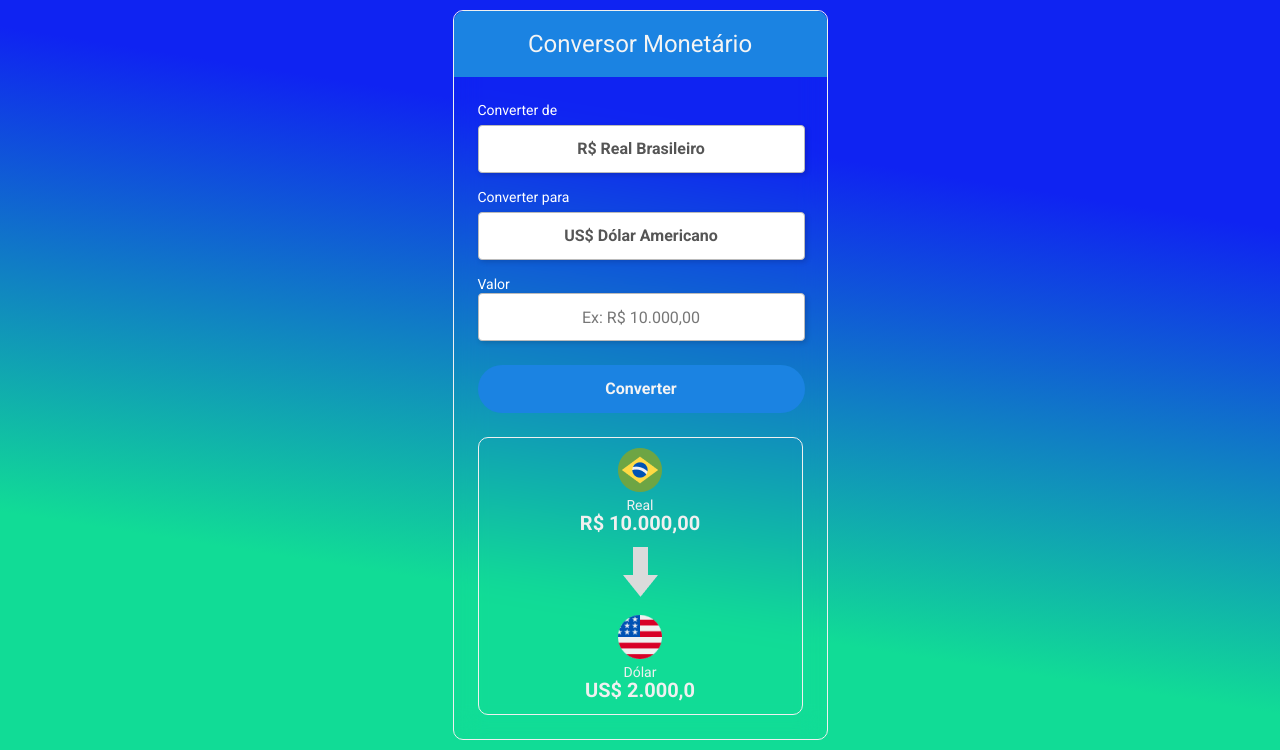
Repository: isayrous/coin-converter
Page: index.html
An editor plug-in stored every save of this project. The page is shown before and after the next save, followed by the edit.
The browser window is 1280 px wide. The pictures show the whole page.

Above is the page before, as saved 2022-11-03 00:02:05.

### index.html
<!DOCTYPE html>
<html lang="pt-br">
<head>
    <meta charset="UTF-8">
    <meta http-equiv="X-UA-Compatible" content="IE=edge">
    <meta name="viewport" content="width=device-width, initial-scale=1.0">
    <link rel='stylesheet' href="./style.css">
    <link rel="preconnect" href="https://fonts.googleapis.com">
    <link rel="preconnect" href="https://fonts.gstatic.com" crossorigin>
    <link href="https://fonts.googleapis.com/css2?family=Roboto:wght@400;700&display=swap" rel="stylesheet">
    <title>Conversor Monetário</title>
</head>
<body>
    <div class="container">

        <header>
            <h1>Conversor Monetário</h1>
        </header>

        <main>
            <label>
                Converter <strong>de</strong>
                <select id="first-select">
                    <option>R$ Real Brasileiro</option>
                    <option>US$ Dólar Americano</option>
                    <option>Bitcoin</option>
                    <option>€ Euro</option>
                </select>
            </label>

            <label>
                Converter <strong>para</strong>
                <select id="seccond-select">
                    <option>US$ Dólar Americano</option>
                    <option>Bitcoin</option>
                    <option>€ Euro</option>
                    <option>R$ Real Brasileiro</option>
                </select>
            </label>

            <label>
                <b>Valor</b>
                <input id='values' type="number" placeholder="Ex: R$ 10.000,00">
            </label>

            <button id="button-converter" >Converter</button>

            <section>
                <div>
                    <img id="currency-img1" src="./assets/BRL.png">
                    <p id="first-currency">Real</p>
                    <p id="return-input1" class="value">R$ 10.000,00</p>
                </div>

                <img src="./assets/Vector.png"><br>

                <div>
                    <img id="currency-img2" src="./assets/USA.png">
                    <p id ="seccond-currency">Dólar</p>
                    <p id="return-input2" class="value">US$ 2.000,0</p>
                </div>

            </section>

        </main>

    </div>

</body>
<script src='./scripts.js'></script>
</html>

### style.css
* {
    padding: 0;
    margin: 0;
    box-sizing: border-box;
    font-family: 'Roboto', sans-serif;
    font-style: normal;
    font-weight: normal;
    line-height: 18px;
}

body{
    background: linear-gradient(189deg, rgba(15,35,242,1) 24%, rgba(17,220,150,1) 75%);
    width: 100%;
    height: 100%;
    display: flex;
    justify-content: center;
    padding: 10px;
}

.container {
    height: 100%;
    width: 375px;
    background: transparent;
    border: 1px solid #f0f0f0;
    backdrop-filter: blur(15px);
    border-radius: 10px;
}

header {
    background-color: #1b83e2;
    border-radius: 10px 10px 0 0;
    height: 66px;
    display: flex;
    justify-content: center;
    align-items: center;
}

h1 {
    font-size: 24px;
    color:#F4F4F4;
}

main {
    padding: 24px;
}

label{
    font-weight: 400;
    font-size: 14px;
    color: #fff;
    width: 375px;
}

select{
    width: 327px;
    height: 48px;
    background: #FFFFFF;
    border: 1px solid #BBBBBB;
    border-radius: 4px;
    font-weight: 700;
    font-size: 16px;
    color: #555555;
    text-align: center;
    display: block;
    cursor: pointer;
    outline: none;
    appearance: none;
    box-shadow: 2px 2px 5px 0px #00000026;
    margin-bottom: 15px;
    margin-top: 6px;
}

input{
    width: 327px;
    height: 48px;
    background: #FFFFFF;
    border: 1px solid #BBBBBB;
    border-radius: 4px;
    font-weight: 700;
    font-size: 16px;
    color: #555555;
    text-align: center;
    box-shadow: 2px 2px 5px 0px #00000026;
    outline: none;

}

input::-webkit-outer-spin-button,input::-webkit-inner-spin-button {
  -webkit-appearance: none;
  margin: 0;
}

button {
    background: #1B83E2;
    border-radius: 25px;
    height: 48px;
    width: 327px;
    font-weight: 700;
    font-size: 16px;
    color: #F4F4F4;
    margin: 24px 0px 24px;
    border: none;
    cursor: pointer;
}

button:hover {
    opacity: 0.8;
}

button:active {
    opacity: 0.7;
}

section{
    border: 1px solid #f0f0f0;
    border-radius: 10px;
    padding-top: 10px;
    display: flex;
    flex-direction: column;
    align-items: center;
    text-align: center;
}

p {
    font-weight: 400;
    font-size: 14px;
    color: #f0f0f0;
}

.value {
    color: #f0f0f0;
    font-weight: 700;
    font-size: 20px;
    margin-bottom: 15px;
}

input::placeholder{color: #777777;
    font-weight: 100;}


@media screen and (max-width: 900px){
    .container {
        height: 100%;
        width: 100%;
    }

    header {
        height: 50px;
    }

    h1 {
        font-size: 20px;
    }

    main {
        padding: 4%;
    }

    label{
        font-size: 0.8rem;
    }

    select{
        font-size: 1rem;
        color: #555555;
        margin-bottom: 10px;
    }

    input{
        font-size: 1rem;
    }

    button {
        font-size: 1rem;
    }

    p {
        font-weight: 700;
        font-size: 0.8rem;
        color: #777777;
    }

    .value {
        font-size: 1rem;
    }
}

### scripts.js
const convert = document.getElementById("button-converter")
const select2 = document.getElementById("seccond-select")
const select1 = document.getElementById("first-select")
/* REAL, DOLAR, BITCOIN , EURO */
const real = [5.16, 5.08]
const dolar = [0.19 , 0.98]
const euro = [0.20 , 1.02]
const bitcoin = [98137.74 , 19010.10 , 19269.79]


const convertvalue = () => {
    const input = document.getElementById("values").value
    const returninput1 = document.getElementById("return-input1")
    const returninput2 = document.getElementById("return-input2")
    /* RETURNS DO INPUT 1 */

    if (select1.value === 'R$ Real Brasileiro') {
        returninput1.innerHTML = new Intl.NumberFormat('pt-BR', {
            style: 'currency', currency: 'BRL'
        }).format(input)

        if (select2.value === 'US$ Dólar Americano') {
            returninput2.innerHTML = new Intl.NumberFormat('en-US', {
                style: 'currency', currency: 'USD'
            }).format(input * dolar[0])
        }
        else if (select2.value === '€ Euro') {
            returninput2.innerHTML = new Intl.NumberFormat('de-DE', {
                style: 'currency', currency: 'EUR'
            }).format(input * euro[0])
        }
        else if (select2.value === 'Bitcoin'){
            returninput2.innerHTML = (input / bitcoin[0]).toFixed(2)
        }
        else if (select2.value === 'R$ Real Brasileiro') {
            returninput2.innerHTML = new Intl.NumberFormat('pt-BR', {
                style: 'currency', currency: 'BRL'
            }).format(input)
        }
    }


    else if (select1.value === 'US$ Dólar Americano') {
        returninput1.innerHTML = new Intl.NumberFormat('en-US', {
            style: 'currency', currency: 'USD'
        }).format(input)

        if (select2.value === 'US$ Dólar Americano') {
            returninput2.innerHTML = new Intl.NumberFormat('en-US', {
                style: 'currency', currency: 'USD'
            }).format(input)
        }
        else if (select2.value === '€ Euro') {
            returninput2.innerHTML = new Intl.NumberFormat('de-DE', {
                style: 'currency', currency: 'EUR'
            }).format(input * euro[1])
        }
        else if (select2.value === 'Bitcoin'){
            returninput2.innerHTML = (input / bitcoin[1]).toFixed(2)
        }
        else if (select2.value === 'R$ Real Brasileiro') {
            returninput2.innerHTML = new Intl.NumberFormat('pt-BR', {
                style: 'currency', currency: 'BRL'
            }).format(input * real[0])
        }

    }

    else if (select1.value === '€ Euro') {
        returninput1.innerHTML = new Intl.NumberFormat('de-DE', {
            style: 'currency', currency: 'EUR'
        }).format(input)

        if (select2.value === 'US$ Dólar Americano') {
            returninput2.innerHTML = new Intl.NumberFormat('en-US', {
                style: 'currency', currency: 'USD'
            }).format(input * dolar[1])
        }
        else if (select2.value === '€ Euro') {
            returninput2.innerHTML = new Intl.NumberFormat('de-DE', {
                style: 'currency', currency: 'EUR'
            }).format(input)
        }
        else if (select2.value === 'Bitcoin'){
            returninput2.innerHTML = (input / bitcoin[1]).toFixed(2)
        }
        else if (select2.value === 'R$ Real Brasileiro') {
            returninput2.innerHTML = new Intl.NumberFormat('pt-BR', {
                style: 'currency', currency: 'BRL'
            }).format(input * real[1])
        }
    }

    else if (select1.value === 'Bitcoin') {
        returninput1.innerHTML = (input)

        if (select2.value === 'US$ Dólar Americano') {
            returninput2.innerHTML = new Intl.NumberFormat('en-US', {
                style: 'currency', currency: 'USD'
            }).format(input * bitcoin[1])
        }
        else if (select2.value === '€ Euro') {
            returninput2.innerHTML = new Intl.NumberFormat('de-DE', {
                style: 'currency', currency: 'EUR'
            }).format(input * bitcoin[2])
        }
        else if (select2.value === 'Bitcoin'){
            returninput2.innerHTML = (input)
        }
        else if (select2.value === 'R$ Real Brasileiro') {
            returninput2.innerHTML = new Intl.NumberFormat('pt-BR', {
                style: 'currency', currency: 'BRL'
            }).format(input * bitcoin[0])
        }


    }

}

const change2 = () => {
    const currencyName2 = document.getElementById("seccond-currency")
    const currencyImg2 = document.getElementById("currency-img2")

    if (select2.value === '€ Euro') {
        currencyName2.innerHTML = '€ Euro'
        currencyImg2.src = "./assets/EURO.png"
    } else if (select2.value === 'Bitcoin') {
        currencyName2.innerHTML = 'Bitcoin'
        currencyImg2.src = "./assets/BITCOIN.png"
    } else if (select2.value === 'US$ Dólar Americano') {
        currencyName2.innerHTML = 'Dólar'
        currencyImg2.src = "./assets/USA.png"
    } else if (select2.value === 'R$ Real Brasileiro') {
        currencyName2.innerHTML = 'Real'
        currencyImg2.src = "./assets/BRL.png"
    }

    convertvalue()
}

const change1 = () => {
    const currencyName1 = document.getElementById("first-currency")
    const currencyImg1 = document.getElementById("currency-img1")

    if (select1.value === '€ Euro') {
        currencyName1.innerHTML = '€ Euro'
        currencyImg1.src = "./assets/EURO.png"
    } else if (select1.value === 'Bitcoin') {
        currencyName1.innerHTML = 'Bitcoin'
        currencyImg1.src = "./assets/BITCOIN.png"
    } else if (select1.value === 'US$ Dólar Americano') {
        currencyName1.innerHTML = 'Dólar'
        currencyImg1.src = "./assets/USA.png"
    } else if (select1.value === 'R$ Real Brasileiro') {
        currencyName1.innerHTML = 'Real'
        currencyImg1.src = "./assets/BRL.png"
    }
    convertvalue()

}

convert.addEventListener('click', convertvalue)
select1.addEventListener('change', change1)
select2.addEventListener('change', change2)

After the next save:
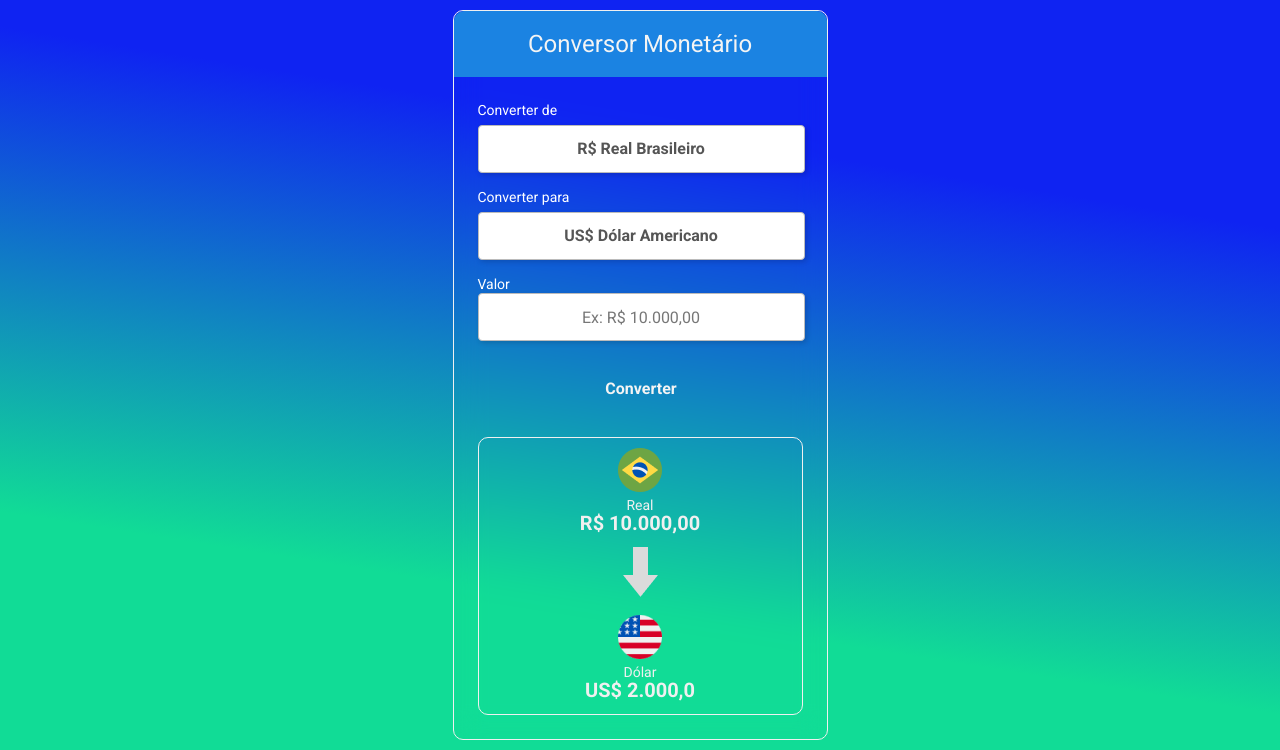
Saved 23 s later.
--- a/style.css
+++ b/style.css
@@ -91,7 +91,7 @@ input::-webkit-outer-spin-button,input::-webkit-inner-spin-button {
 }
 
 button {
-    background: #1B83E2;
+    background: transparent;
     border-radius: 25px;
     height: 48px;
     width: 327px;
